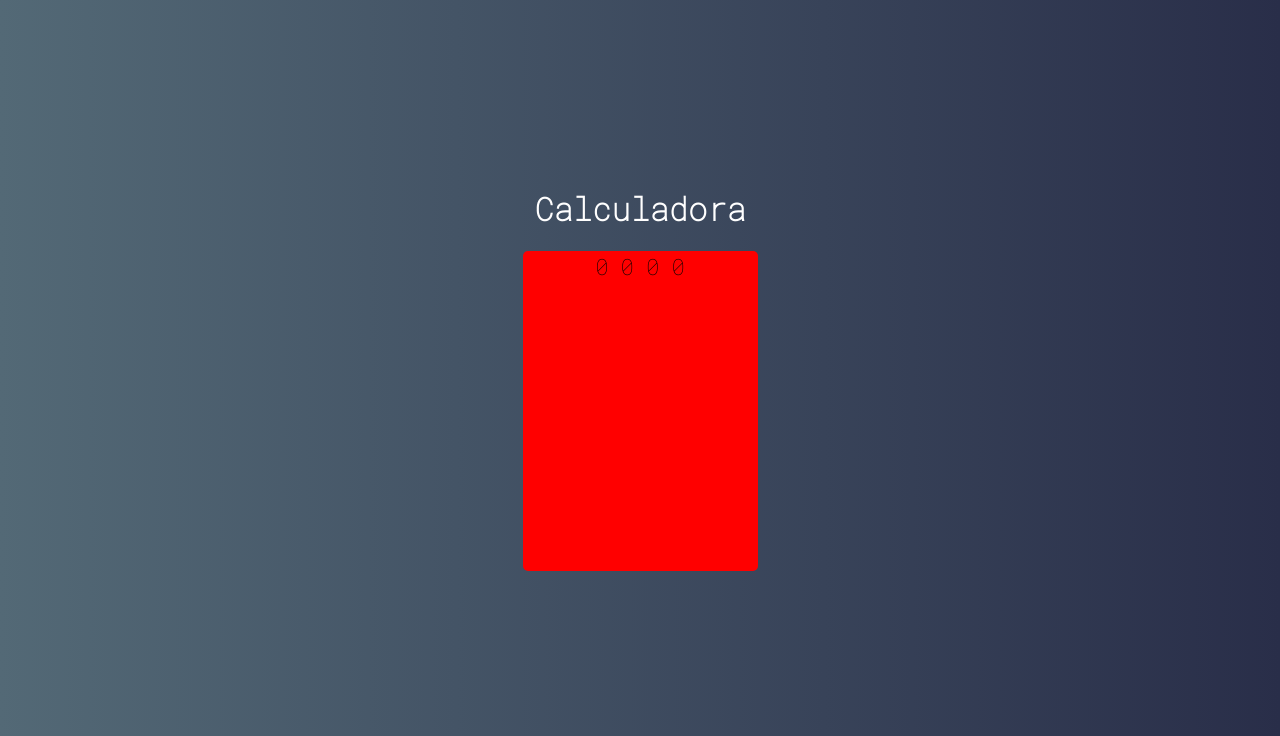
Repository: jean-siqueira/react-calculadora
Page: /
An editor plug-in stored every save of this project. The page is shown before and after the next save, followed by the edit.
The browser window is 1280 px wide. The pictures show the whole page.
The project was rebuilt for these pictures with package versions that can differ from the ones it lists, and the page was loaded fresh each time.

Above is the page before, as saved 2023-03-25 12:16:45.

After the next save:
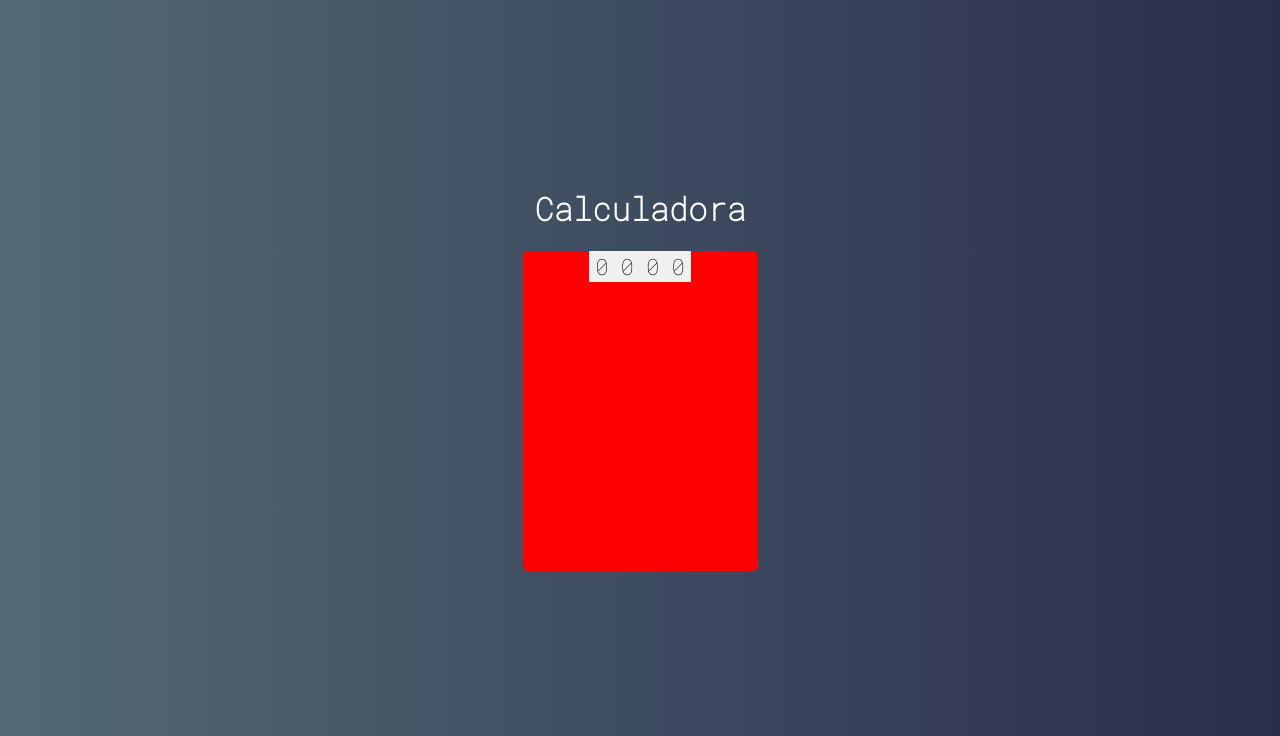
Saved 99 s later.
--- a/src/components/Button.css
+++ b/src/components/Button.css
@@ -5,7 +5,7 @@
 
 .button {
     font-size: 1.4em;
-    background-color: var(--bg-button);
+    background-color: #f0f0f0;
     border: none;
     border-right: var(--border-button);
     border-bottom: var(--border-button);

After the save that followed:
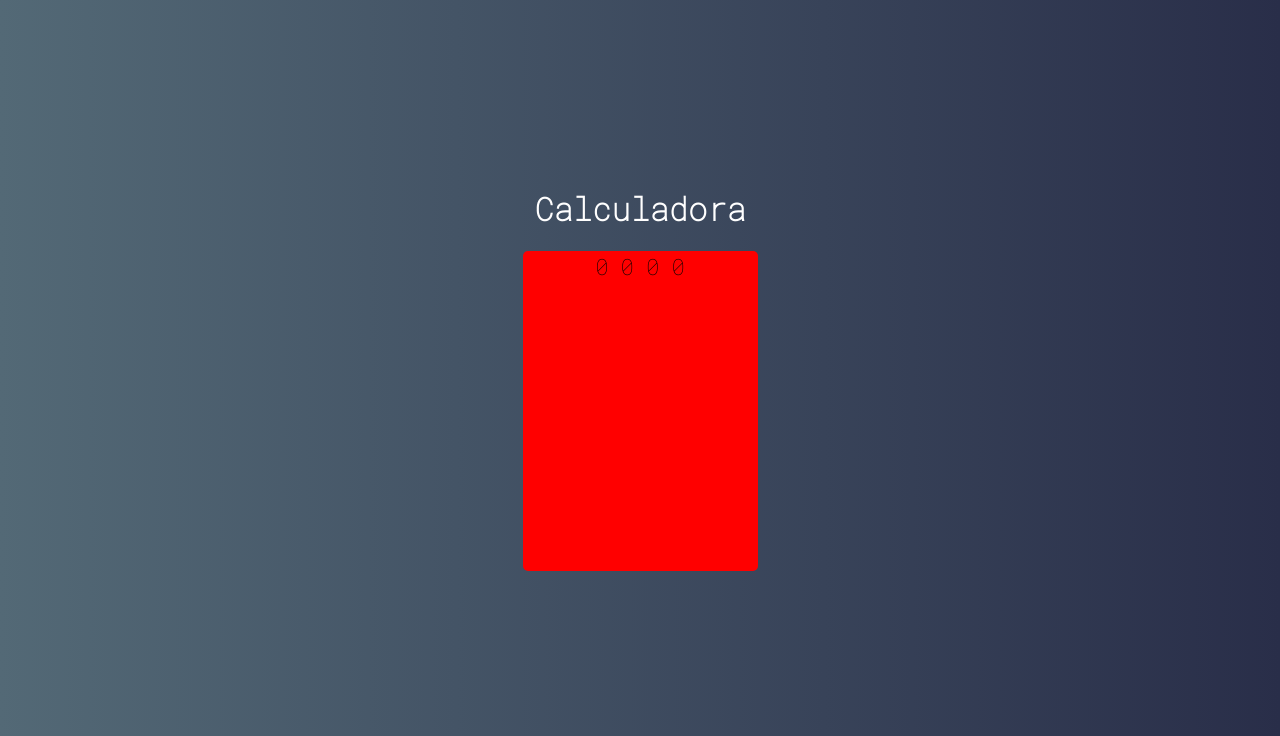
Saved 4 s later.
--- a/src/components/Button.css
+++ b/src/components/Button.css
@@ -5,7 +5,7 @@
 
 .button {
     font-size: 1.4em;
-    background-color: #f0f0f0;
+    background-color: var(--bg-button);
     border: none;
     border-right: var(--border-button);
     border-bottom: var(--border-button);
